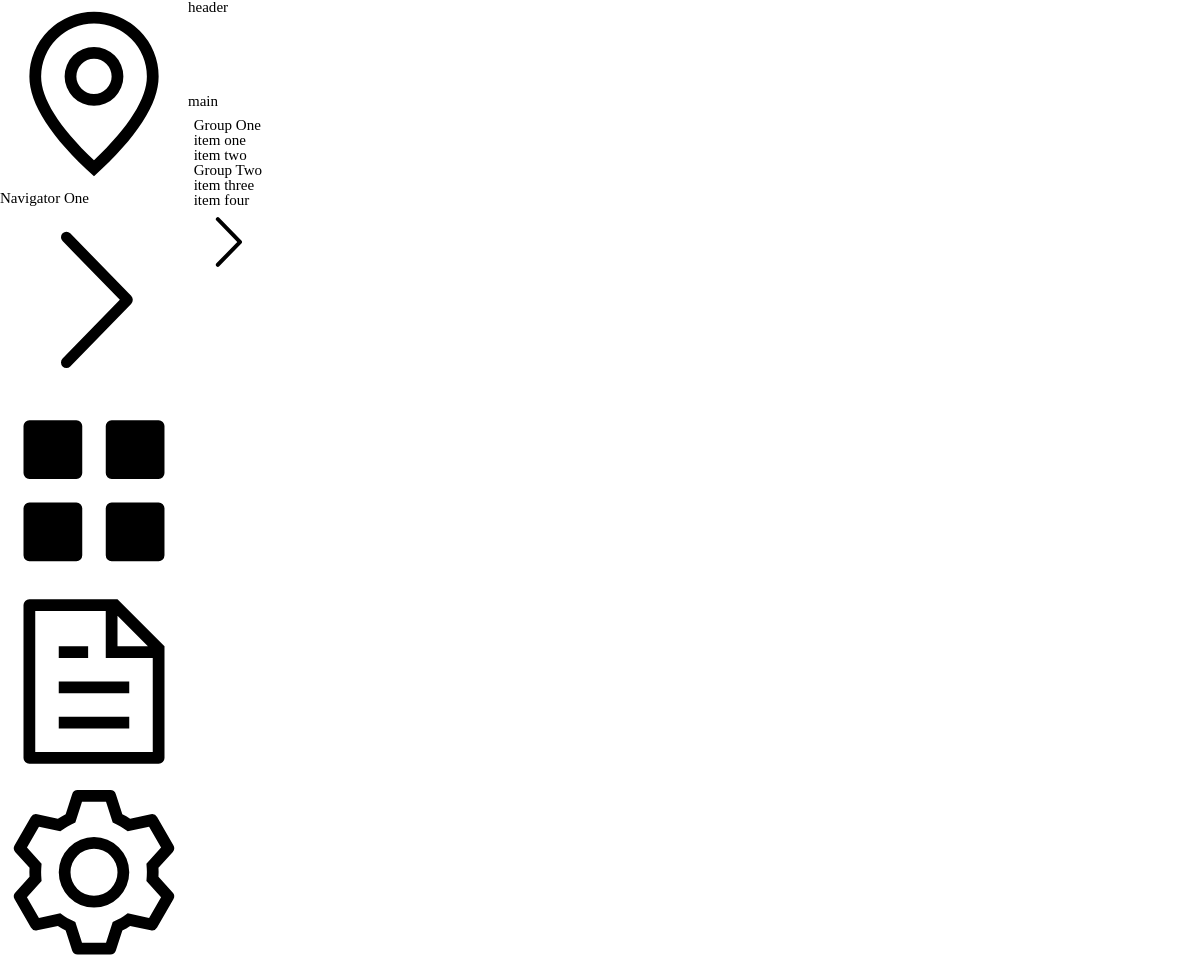
Repository: serrrN/vue-vite-template
Page: /
These files come from the project's save history. The page is drawn as it stood at one moment and after the next save; the edit follows.
The browser window is 1280 px wide. The pictures show the whole page, at 94% of full size.
The project was rebuilt for these pictures with package versions that can differ from the ones it lists, and the page was loaded fresh each time. Also part of the build but not shown: vite.config.ts, src/styles/index.scss.

Above is the page before, as saved 2024-06-02 12:08:47.

### src/main.ts
import { createApp } from 'vue'
import App from './App.vue'
import ElementPlus from 'element-plus'
import zhCn from 'element-plus/es/locale/lang/zh-cn'
import * as ElementPlusIconsVue from '@element-plus/icons-vue'
import router from './router'
import 'reset-css'
import "./styles/index.scss"
const app = createApp(App)
for (const [key, component] of Object.entries(ElementPlusIconsVue)) {
  app.component(key, component)
}
app.use(ElementPlus, { locale: zhCn })
app.use(router)
app.mount('#app')

### src/App.vue
<script setup lang="ts">

</script>

<template>
  <router-view></router-view>
</template>

<style>
 #app,html,body{
  width: 100%;
  height: 100%;

 }
</style>

### src/router/index.ts
import { createRouter,createWebHistory } from "vue-router"
const routes = [
    {
        path: "/",
        name: "home",
        component: () => import("@/layout/index.vue")
    }
]
const router = createRouter({
    history: createWebHistory(),
    routes
})
export default router

### src/layout/index.vue
<template>
  <div class="layout-container">
     <div class="left">
        <Menu></Menu>
     </div>
     <div class="right">
      <div class="header">header</div>
      <div class="main">main</div>
     </div>
  </div>
</template>

<script lang="ts" setup>
 import Menu from "./menu/index.vue"
</script>

<style scoped lang="scss">
.layout-container{
  width: 100%;
  height: 100%;
  display: flex;
  .left{
    height: 100%;
    width: $layout-container-left-max-width;
  }
  .right{
    width: calc(100% - $layout-container-left-max-width);
    .header{
      width: 100%;
      height: $layout-container-header-height;
    }
    .main{
      height: calc(100% - $layout-container-header-height);
      width: 100%;
    }
  }
}
</style>

### src/styles/variable.scss
// 布局容器左边未塌陷宽度
$layout-container-left-max-width:200px;
// 布局容器左边塌陷后宽度
$layout-container-left-min-width:0px;

// 布局容器头部高度
$layout-container-header-height:100px;

### src/layout/menu/index.vue
<template>
    <div class="name">

    </div>
    <el-menu
      default-active="2"
      class="el-menu-vertical-demo"
      :collapse="isCollapse"
      @open="handleOpen"
      @close="handleClose"
    >
      <el-sub-menu index="1">
        <template #title>
          <el-icon><location /></el-icon>
          <span>Navigator One</span>
        </template>
        <el-menu-item-group>
          <template #title><span>Group One</span></template>
          <el-menu-item index="1-1">item one</el-menu-item>
          <el-menu-item index="1-2">item two</el-menu-item>
        </el-menu-item-group>
        <el-menu-item-group title="Group Two">
          <el-menu-item index="1-3">item three</el-menu-item>
        </el-menu-item-group>
        <el-sub-menu index="1-4">
          <template #title><span>item four</span></template>
          <el-menu-item index="1-4-1">item one</el-menu-item>
        </el-sub-menu>
      </el-sub-menu>
      <el-menu-item index="2">
        <el-icon><icon-menu /></el-icon>
        <template #title>Navigator Two</template>
      </el-menu-item>
      <el-menu-item index="3" disabled>
        <el-icon><document /></el-icon>
        <template #title>Navigator Three</template>
      </el-menu-item>
      <el-menu-item index="4">
        <el-icon><setting /></el-icon>
        <template #title>Navigator Four</template>
      </el-menu-item>
    </el-menu>
  </template>

  <script lang="ts" setup>
  import { ref } from 'vue'
  import {
    Document,
    Menu as IconMenu,
    Location,
    Setting,
  } from '@element-plus/icons-vue'

  const isCollapse = ref(true)
  const handleOpen = (key: string, keyPath: string[]) => {
    console.log(key, keyPath)
  }
  const handleClose = (key: string, keyPath: string[]) => {
    console.log(key, keyPath)
  }
  </script>

  <style>
  .el-menu-vertical-demo:not(.el-menu--collapse) {
    width: 200px;
    min-height: 400px;
  }
  </style>

Loaded but not shown: index.html (common file)

After the next save:
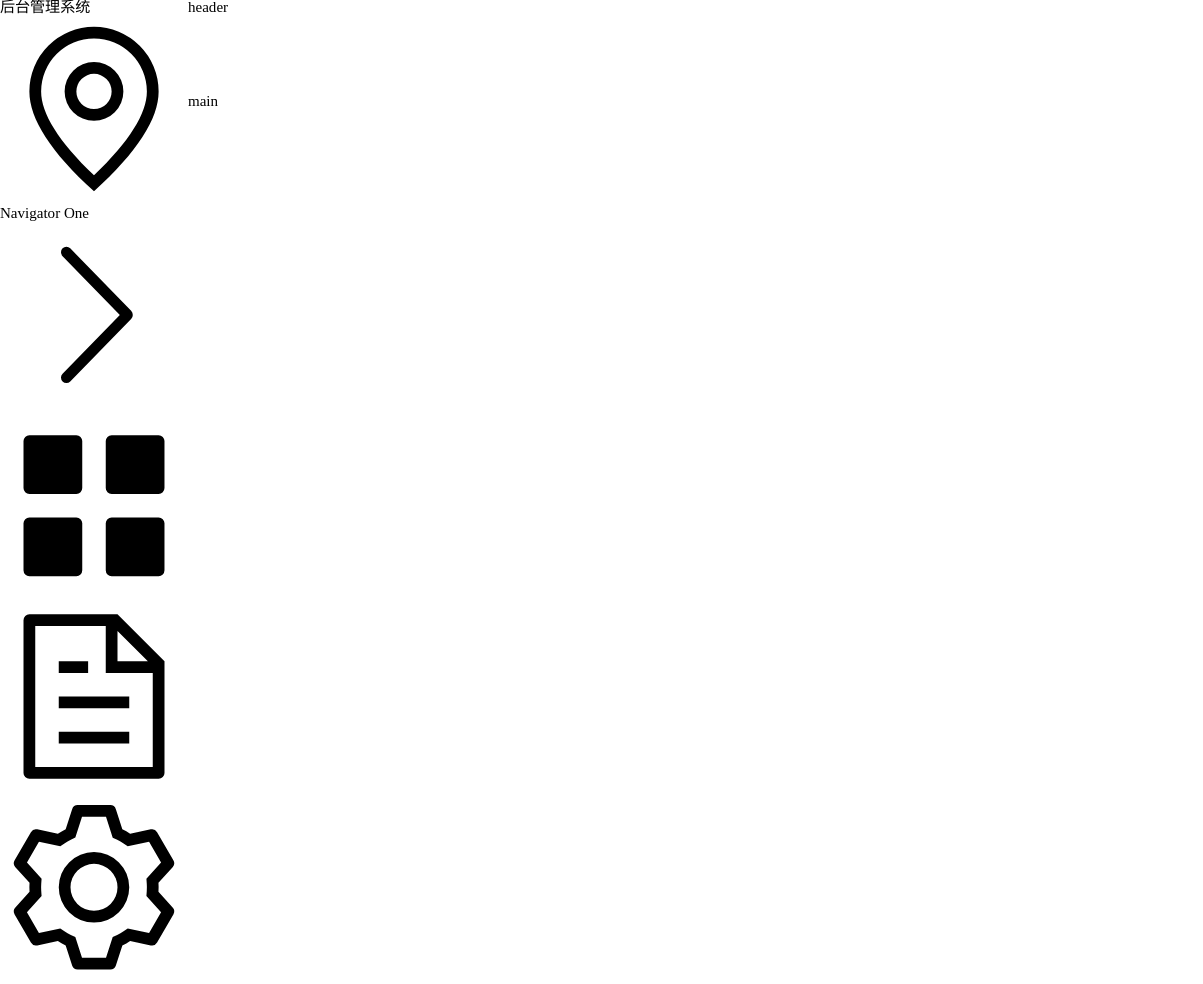
Saved 10 s later.
--- a/src/layout/menu/index.vue
+++ b/src/layout/menu/index.vue
@@ -1,6 +1,6 @@
 <template>
     <div class="name">
-
+        后台管理系统
     </div>
     <el-menu
       default-active="2"
